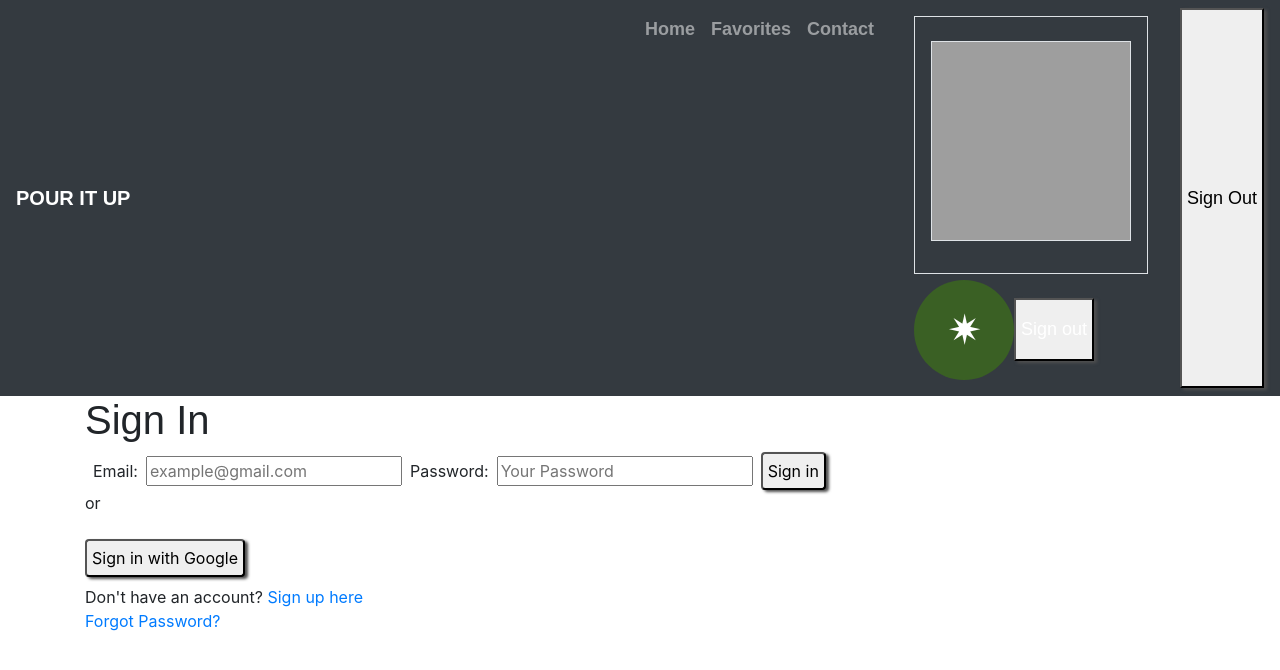
Repository: nsc9605/Pour_It_Up
Page: / (app in client/)
The author's editor kept a copy of each file at every save. The page is drawn from the files as they stood at one save, then again after the next save.
The browser window is 1280 px wide. The pictures show the whole page.
Pictures or frames that could not be fetched are drawn as grey boxes. Some web fonts or font styles are not loaded; a fallback is used. Some web libraries are served in a nearby version. The project was rebuilt for these pictures with package versions that can differ from the ones it lists, and the page was loaded fresh each time. Also part of the build but not shown: client/src/components/SignUp/index.js, client/src/components/PasswordReset/index.js, client/src/components/List/index.js, client/src/utils/API.js, client/src/components/Favorite/Favorite.js, client/src/pages/Favorites.js, client/src/pages/Contact.js, client/src/components/CocktailData/style.css and 2 more.

Above is the page before, as saved 2021-04-03 21:02:06.

After the next save:
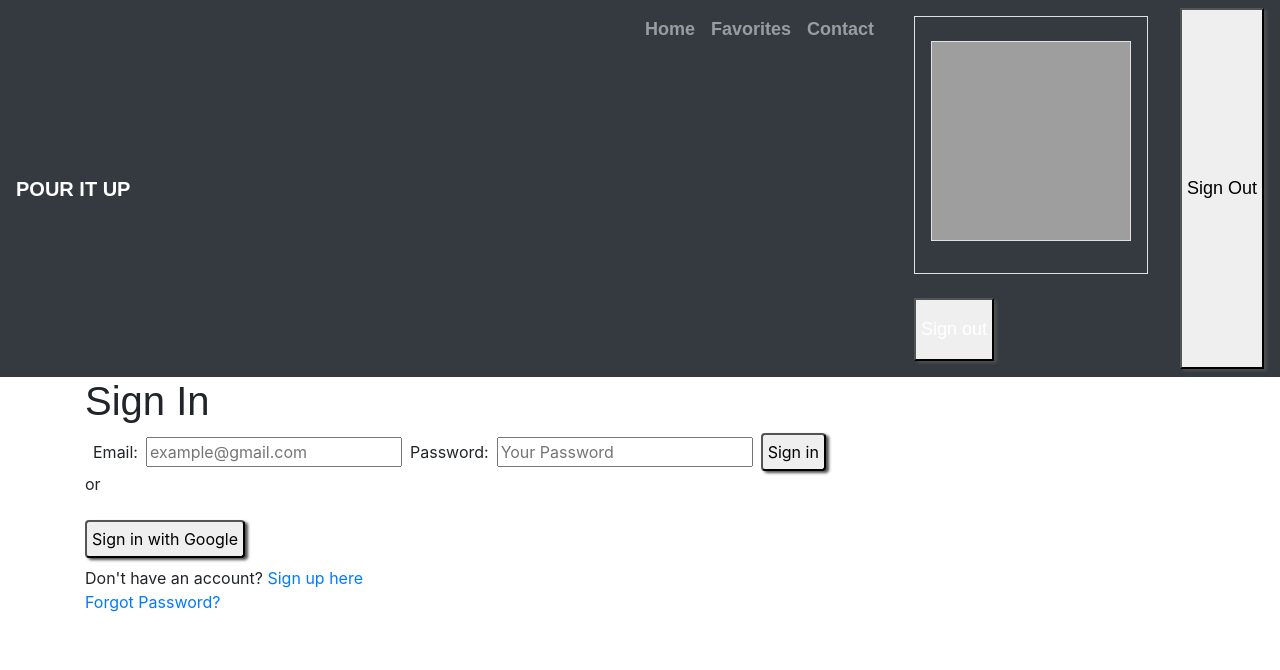
Saved 40 s later.
--- a/client/src/components/ProfilePage/index.js
+++ b/client/src/components/ProfilePage/index.js
@@ -1,7 +1,7 @@
 import React, { useContext } from "react";
 import { UserContext } from "../../Providers/UserProvider";
 import {auth} from "../../firebase";
-import Avatar from "react-avatar";
+// import UserAvatar from "./Avatar";
 
 const ProfilePage = () => {
   const user = useContext(UserContext);
@@ -27,7 +27,7 @@ const ProfilePage = () => {
           <h3 className = "italic">{email}</h3>
         </div>
       </div>
-        <Avatar key={user.uid} round={true} alt={name} src={photoURL} title={name} />
+        {/* <UserAvatar key={user.uid} round={true} alt={name} src={photoURL} title={name} /> */}
       <button className = "w-full py-3 bg-red-600 mt-4 text-white" onClick = {() => {auth.signOut()}}>Sign out</button>
     </div>
   )
